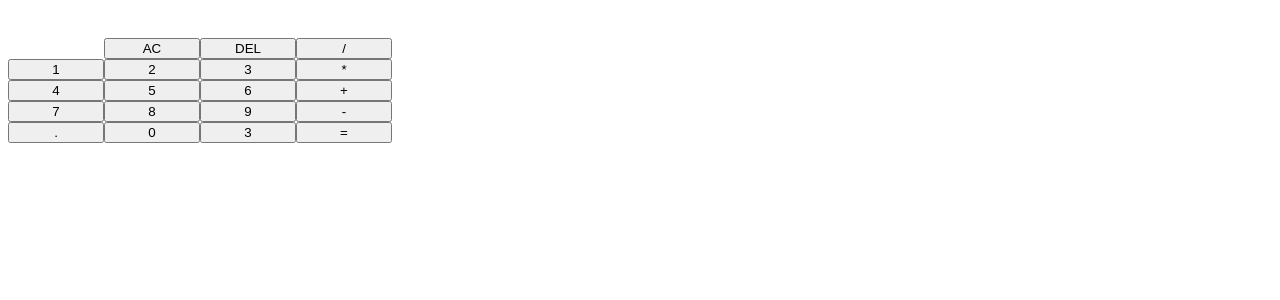
Repository: khadergw/calculator
Page: / (app in calculator/)
An editor plug-in stored every save of this project. The page is shown before and after the next save, followed by the edit.
The browser window is 1280 px wide. The pictures show the whole page.
The project was rebuilt for these pictures with package versions that can differ from the ones it lists, and the page was loaded fresh each time. Also part of the build but not shown: calculator/src/App.css.

Above is the page before, as saved 2022-09-10 23:16:56.

### calculator/src/App.js
import './App.css';
import './styles.css';

function App() {
  return (
    <div className="CalGrid">
      <div className='output'>
        <div className='prevOper'></div>
        <div className='currOper'></div>
      </div>
      <button className='wider'>AC</button>
      <button>DEL</button>
      <button>/</button>
      <button>1</button>
      <button>2</button>
      <button>3</button>
      <button>*</button>
      <button>4</button>
      <button>5</button>
      <button>6</button>
      <button>+</button>
      <button>7</button>
      <button>8</button>
      <button>9</button>
      <button>-</button>
      <button>.</button>
      <button>0</button>
      <button>3</button>
      <button className='wider'>=</button>


    </div>
  );
}

export default App;

### calculator/src/styles.css
.CalGrid {
  display: grid;
  margin-top: 3%;
  grid-template-columns: repeat(4, 6rem);
}

Loaded but not shown: calculator/public/index.html (common file); calculator/src/index.js (common file)

After the next save:
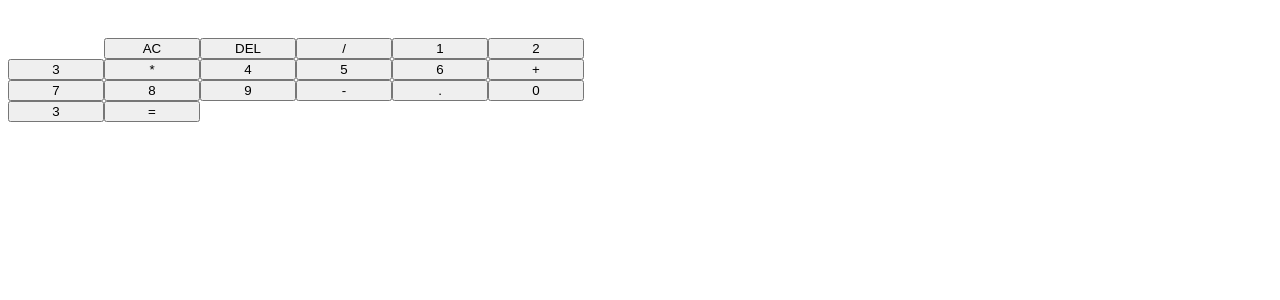
Saved 7 s later.
--- a/calculator/src/styles.css
+++ b/calculator/src/styles.css
@@ -1,5 +1,5 @@
 .CalGrid {
   display: grid;
   margin-top: 3%;
-  grid-template-columns: repeat(4, 6rem);
+  grid-template-columns: repeat(6, 6rem);
 }

After the save that followed:
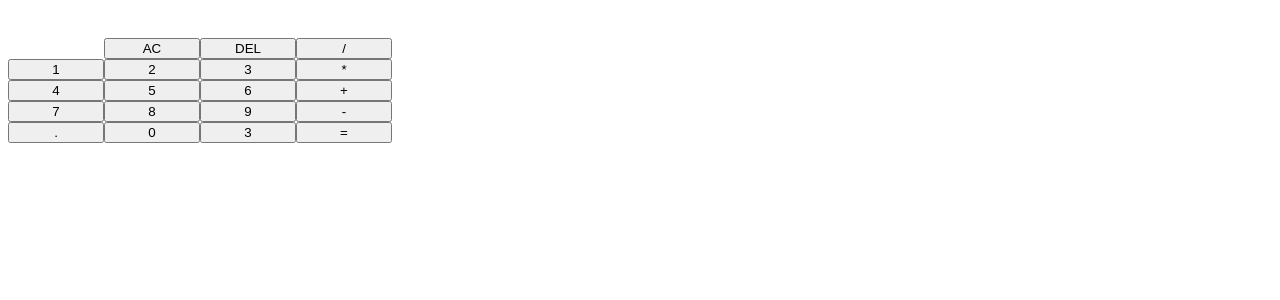
Saved 8 s later.
--- a/calculator/src/styles.css
+++ b/calculator/src/styles.css
@@ -1,5 +1,5 @@
 .CalGrid {
   display: grid;
   margin-top: 3%;
-  grid-template-columns: repeat(6, 6rem);
+  grid-template-columns: repeat(4, 6rem);
 }
